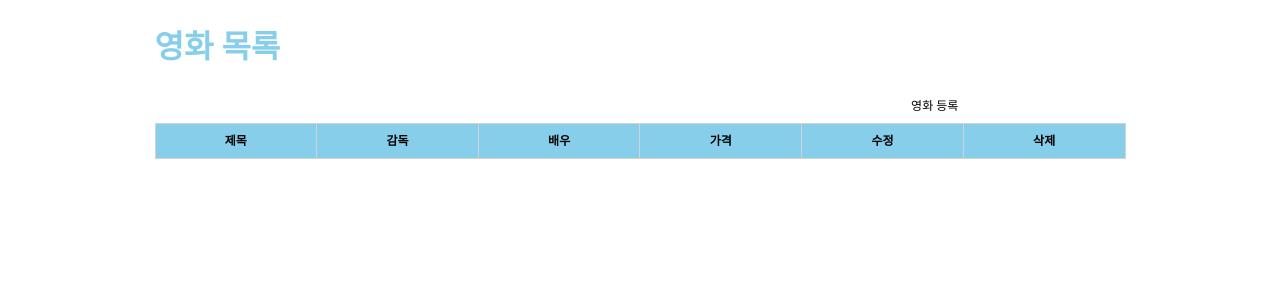
Repository: Gaboza18/JSP
Page: http://localhost/MovieManagement/movie_list.do
These files come from the project's save history. The page is drawn as it stood at one moment and after the next save; the edit follows.
The browser window is 1280 px wide. The pictures show the whole page.
The page is served by Tomcat 9. Queries for data that is not in the repository find no rows.

Above is the page before, as saved 2021-12-27 03:54:52.

After the next save:
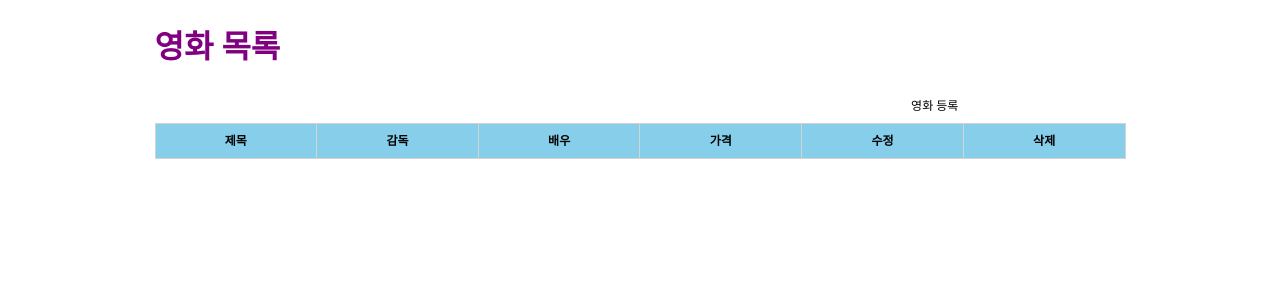
Saved 15 s later.
--- a/MovieManagement/src/main/webapp/css/shopping.css
+++ b/MovieManagement/src/main/webapp/css/shopping.css
@@ -8,7 +8,7 @@
 }
 
 h1 {
-    color: skyblue;
+    color: purple;
 }
 
 table {
